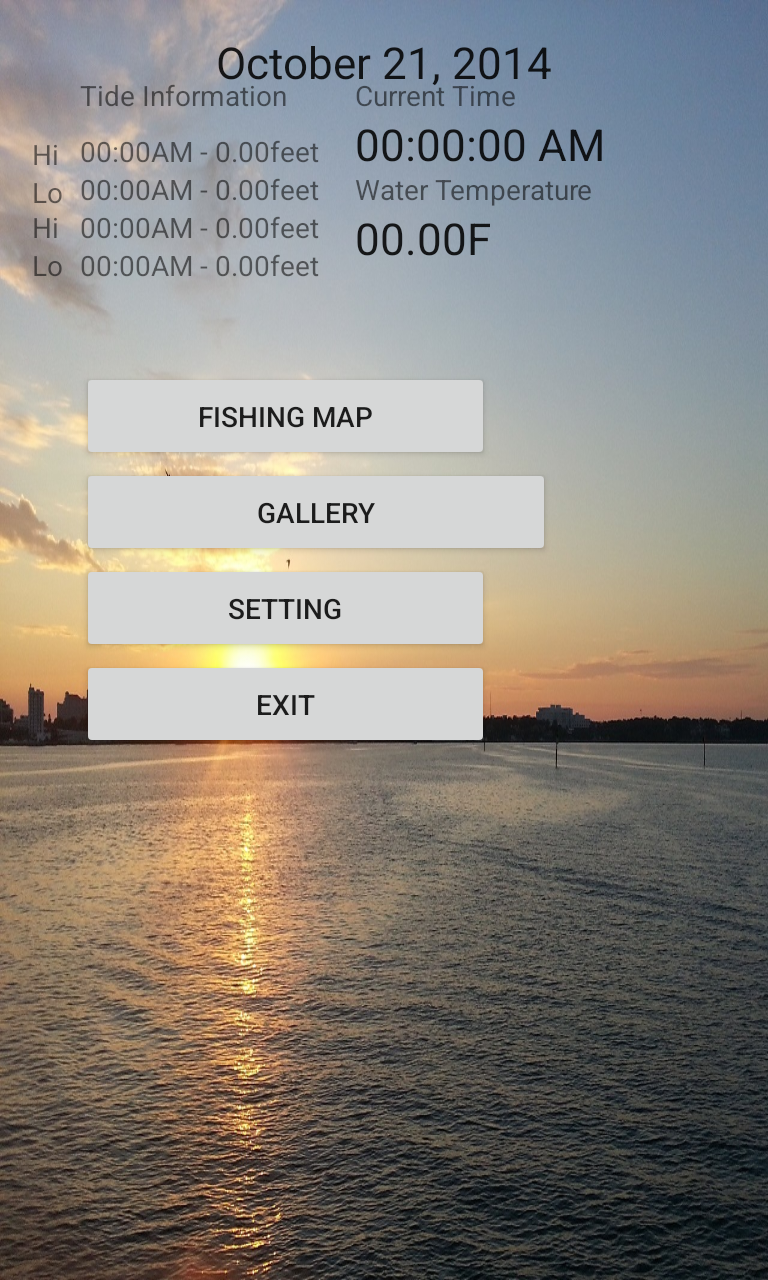
Repository: zerox2012/Fall2014Android
Layout: FishingBuddy/res/layout/activity_main_menu.xml
The author's editor kept a copy of each file at every save. The layout is drawn from the files as they stood at one save, then again after the next save.
It is drawn on a 768 x 1280 px phone screen (xhdpi) without system bars, with theme AppTheme; the app's code is not run.

Above is the layout before, as saved 2014-10-20 22:12:52.

### FishingBuddy/res/layout/activity_main_menu.xml
<RelativeLayout xmlns:android="http://schemas.android.com/apk/res/android"
    xmlns:tools="http://schemas.android.com/tools"
    android:layout_width="match_parent"
    android:layout_height="match_parent"
    android:background="@drawable/menu"
    android:paddingBottom="@dimen/activity_vertical_margin"
    android:paddingLeft="@dimen/activity_horizontal_margin"
    android:paddingRight="@dimen/activity_horizontal_margin"
    android:paddingTop="@dimen/activity_vertical_margin"
    tools:context="usf.fall2014.android.fishingbuddy.MainMenu" >

    <TextView
        android:id="@+id/label_tide_information"
        android:layout_width="wrap_content"
        android:layout_height="wrap_content"
        android:layout_alignBaseline="@+id/label_current_time"
        android:layout_alignBottom="@+id/label_current_time"
        android:layout_alignParentLeft="true"
        android:layout_marginLeft="24dp"
        android:text="@string/label_tide_information" />

    <TextView
        android:id="@+id/label_current_time"
        android:layout_width="wrap_content"
        android:layout_height="wrap_content"
        android:layout_alignParentTop="true"
        android:layout_marginLeft="34dp"
        android:layout_marginTop="22dp"
        android:layout_toRightOf="@+id/label_tide_information"
        android:text="@string/label_current_time" />

    <TextView
        android:id="@+id/label_temp"
        android:layout_width="wrap_content"
        android:layout_height="wrap_content"
        android:layout_alignLeft="@+id/label_current_time"
        android:layout_below="@+id/label_current_time"
        android:layout_marginTop="28dp"
        android:text="@string/label_water_temp" />

    <TextView
        android:id="@+id/value_current_time"
        android:layout_width="wrap_content"
        android:layout_height="wrap_content"
        android:layout_alignLeft="@+id/label_temp"
        android:layout_below="@+id/label_current_time"
        android:text="@string/value_current_time"
        android:textAppearance="?android:attr/textAppearanceLarge" />

    <TextView
        android:id="@+id/value_water_temp"
        android:layout_width="wrap_content"
        android:layout_height="wrap_content"
        android:layout_alignLeft="@+id/label_temp"
        android:layout_below="@+id/label_temp"
        android:text="@string/value_current_temp"
        android:textAppearance="?android:attr/textAppearanceLarge" />

    <TextView
        android:id="@+id/textView1"
        android:layout_width="wrap_content"
        android:layout_height="wrap_content"
        android:layout_alignBottom="@+id/value_current_time"
        android:layout_alignParentLeft="true"
        android:text="@string/label_hi" />

    <TextView
        android:id="@+id/textView2"
        android:layout_width="wrap_content"
        android:layout_height="wrap_content"
        android:layout_alignLeft="@+id/textView1"
        android:layout_below="@+id/textView1"
        android:text="@string/label_lo" />

    <TextView
        android:id="@+id/textView3"
        android:layout_width="wrap_content"
        android:layout_height="wrap_content"
        android:layout_alignLeft="@+id/textView2"
        android:layout_alignTop="@+id/value_water_temp"
        android:text="@string/label_hi" />

    <TextView
        android:id="@+id/textView4"
        android:layout_width="wrap_content"
        android:layout_height="wrap_content"
        android:layout_alignLeft="@+id/textView3"
        android:layout_below="@+id/textView3"
        android:text="@string/label_lo" />

    <TextView
        android:id="@+id/textView6"
        android:layout_width="wrap_content"
        android:layout_height="wrap_content"
        android:layout_above="@+id/textView3"
        android:layout_alignLeft="@+id/textView5"
        android:text="@string/tide_value1_hi" />

    <TextView
        android:id="@+id/textView7"
        android:layout_width="wrap_content"
        android:layout_height="wrap_content"
        android:layout_alignBaseline="@+id/textView3"
        android:layout_alignBottom="@+id/textView3"
        android:layout_alignLeft="@+id/textView6"
        android:text="@string/tide_value1_hi" />

    <TextView
        android:id="@+id/textView8"
        android:layout_width="wrap_content"
        android:layout_height="wrap_content"
        android:layout_alignBaseline="@+id/textView4"
        android:layout_alignBottom="@+id/textView4"
        android:layout_alignLeft="@+id/textView7"
        android:text="@string/tide_value1_hi" />

    <TextView
        android:id="@+id/textView5"
        android:layout_width="wrap_content"
        android:layout_height="wrap_content"
        android:layout_above="@+id/textView6"
        android:layout_alignLeft="@+id/label_tide_information"
        android:text="@string/tide_value1_hi" />

    <TextView
        android:id="@+id/today_date"
        android:layout_width="wrap_content"
        android:layout_height="wrap_content"
        android:layout_alignParentTop="true"
        android:layout_centerHorizontal="true"
        android:text="@string/value_current_date"
        android:textAppearance="?android:attr/textAppearanceLarge" />

    <Button
        android:id="@+id/button_map"
        android:layout_width="wrap_content"
        android:layout_height="wrap_content"
        android:layout_alignLeft="@+id/textView8"
        android:layout_alignRight="@+id/value_water_temp"
        android:layout_below="@+id/textView8"
        android:layout_marginTop="42dp"
        android:text="@string/button_map" />

    <Button
        android:id="@+id/button_gallery"
        android:layout_width="wrap_content"
        android:layout_height="wrap_content"
        android:layout_alignLeft="@+id/button_map"
        android:layout_alignRight="@+id/today_date"
        android:layout_below="@+id/button_map"
        android:text="@string/button_gallery" />

    <Button
        android:id="@+id/button_setting"
        android:layout_width="wrap_content"
        android:layout_height="wrap_content"
        android:layout_alignLeft="@+id/button_map"
        android:layout_alignRight="@+id/button_map"
        android:layout_below="@+id/button_gallery"
        android:text="@string/button_setting" />

    <Button
        android:id="@+id/button_exitapp"
        android:layout_width="wrap_content"
        android:layout_height="wrap_content"
        android:layout_alignLeft="@+id/button_map"
        android:layout_alignRight="@+id/button_map"
        android:layout_below="@+id/button_setting"
        android:text="@string/button_exitapp" />

</RelativeLayout>

### FishingBuddy/res/values/strings.xml
<?xml version="1.0" encoding="utf-8"?>
<resources>

    <string name="app_name">FishingBuddy</string>
    <string name="hello_world">Hello world!</string>
    <string name="action_settings">Settings</string>
    <string name="title_activity_main_menu">MainMenu</string>
    <string name="title_activity_gallery">Gallery</string>
    <string name="title_activity_message">Message</string>
    <string name="title_activity_new_user">NewUser</string>
    <string name="title_activity_forgot_password">ForgotPassword</string>
    <string name="title_activity_map">Map</string>
    <string name="user_name">Username</string>
    <string name="password">Password</string>
    <string name="button_login">Login</string>
    <string name="new_user">New User</string>
    <string name="forgot_password">Forgot Password</string>
    <string name="remember_me">remember me</string>
    <string name="label_email">Email</string>
    <string name="label_confirm_email">Confirm</string>
    <string name="create_account">Create Account</string>
    <string name="cancel">Cancel</string>
    <string name="label_water_temp">Water Temperature</string>
    <string name="label_current_time">Current Time</string>
    <string name="label_tide_information">Tide Information</string>
    <string name="label_tide_chart">Hi                 Lo                  Hi                    Lo         </string>
    <string name="button_map">Fishing Map</string>
    <string name="button_gallery">Gallery</string>
    <string name="button_setting">Setting</string>
    <string name="button_exitapp">Exit</string>
    <string name="label_hi">Hi</string>
    <string name="label_lo">Lo</string>
    <string name="tide_value1_hi">00:00AM - 0.00feet</string>
    <string name="tide_value2_hi">00:00AM - 0.00feet</string>
    <string name="tide_value1_lo">00:00AM - 0.00feet</string>
    <string name="tide_value2_lo">00:00AM - 0.00feet</string>
    <string name="value_current_time">00:00:00 AM</string>
    <string name="value_current_temp">00.00F</string>
    <string name="value_current_date">October 21, 2014</string>

</resources>

Loaded but not shown: FishingBuddy/res/values/styles.xml (common file); FishingBuddy/res/values-v11/styles.xml (common file); FishingBuddy/res/values-v14/styles.xml (common file); FishingBuddy/res/values/dimens.xml (common file); FishingBuddy/res/values-w820dp/dimens.xml (common file)

After the next save:
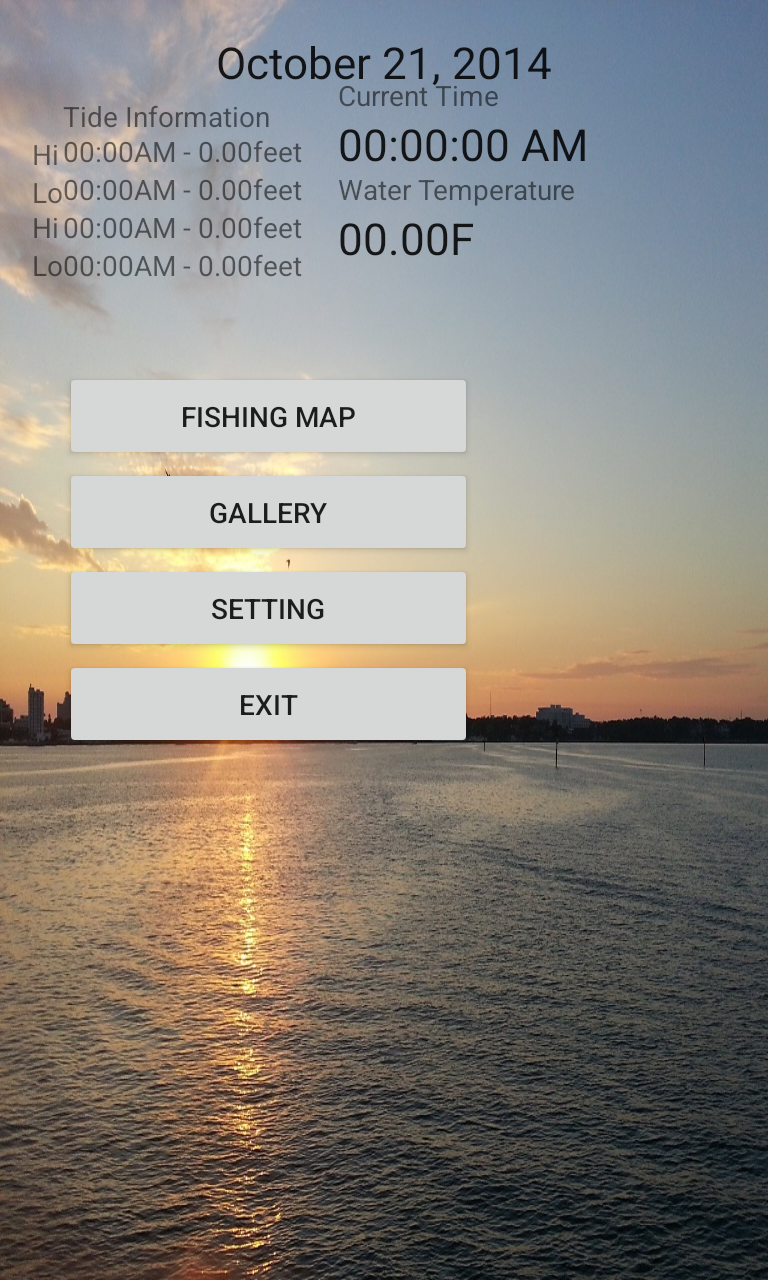
Saved 115 s later.
--- a/FishingBuddy/res/layout/activity_main_menu.xml
+++ b/FishingBuddy/res/layout/activity_main_menu.xml
@@ -8,16 +8,6 @@
     android:paddingRight="@dimen/activity_horizontal_margin"
     android:paddingTop="@dimen/activity_vertical_margin"
     tools:context="usf.fall2014.android.fishingbuddy.MainMenu" >
-
-    <TextView
-        android:id="@+id/label_tide_information"
-        android:layout_width="wrap_content"
-        android:layout_height="wrap_content"
-        android:layout_alignBaseline="@+id/label_current_time"
-        android:layout_alignBottom="@+id/label_current_time"
-        android:layout_alignParentLeft="true"
-        android:layout_marginLeft="24dp"
-        android:text="@string/label_tide_information" />
 
     <TextView
         android:id="@+id/label_current_time"
@@ -146,7 +136,7 @@
         android:layout_width="wrap_content"
         android:layout_height="wrap_content"
         android:layout_alignLeft="@+id/button_map"
-        android:layout_alignRight="@+id/today_date"
+        android:layout_alignRight="@+id/button_map"
         android:layout_below="@+id/button_map"
         android:text="@string/button_gallery" />
 
@@ -168,4 +158,12 @@
         android:layout_below="@+id/button_setting"
         android:text="@string/button_exitapp" />
 
+    <TextView
+        android:id="@+id/label_tide_information"
+        android:layout_width="wrap_content"
+        android:layout_height="wrap_content"
+        android:layout_above="@+id/textView1"
+        android:layout_toRightOf="@+id/textView2"
+        android:text="@string/label_tide_information" />
+
 </RelativeLayout>
